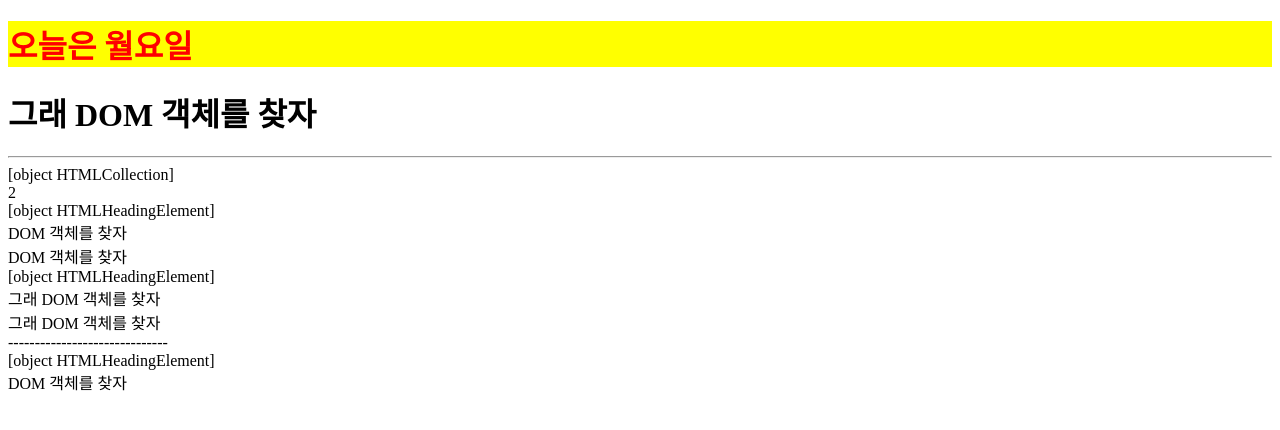
Repository: jhsnex123/web_study
Page: edu/src/main/webapp/jsexam/domexam/exam6_1.html
An editor plug-in stored every save of this project. The page is shown before and after the next save, followed by the edit.
The browser window is 1280 px wide. The pictures show the whole page.

Above is the page before, as saved 2024-09-25 02:49:11.

### edu/src/main/webapp/jsexam/domexam/exam6_1.html
<!DOCTYPE html>
<html>
<head>
<meta charset="UTF-8">
<title>Insert title here</title>
<script src="../util.js"></script>
</head>
<body>
<h1 id="test">DOM 객체를 찾자</h1>
<h1>그래 DOM 객체를 찾자</h1>
<hr>
<script>
	let dom = document.getElementsByTagName("h1");
	writeNewLine(dom);
	writeNewLine(dom.length);
	writeNewLine(dom[0]);
	writeNewLine(dom[0].textContent); // innerText
	writeNewLine(dom[0].innerHTML);
	writeNewLine(dom[1]);
	writeNewLine(dom[1].textContent); // innerText
	writeNewLine(dom[1].innerHTML);
	writeNewLine("------------------------------");
	dom = document.getElementById("test");
	writeNewLine(dom);
	writeNewLine(dom.textContent);
	window.setTimeout(function() {
		dom.textContent = "오늘은 월요일";
		dom.style.color ="red";
		//dom.style.backgroundColor ="lime"; // background-color, font-weight -> fontWeight
		dom.style["background-color"] ="yellow";
	}, 5000);
</script>
</body>
</html>

### edu/src/main/webapp/jsexam/util.js
function write(content, tag) {
	document.write("<"+tag+">"+content+"</"+tag+">");
}
function hr() {
	document.write("<hr>");
}
function writeColor(content, tag, color) {
	document.write("<"+tag+" style='color:"+color+"'>"+
			  content+"</"+tag+">");
}
function writeNewLine(content) {
	document.write(content+"<br>");
}

After the next save:
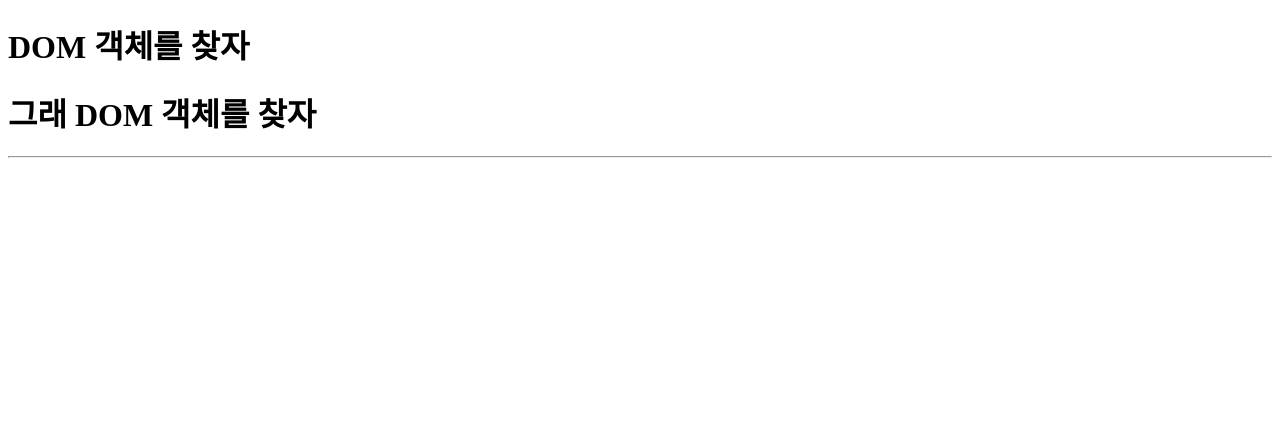
Console error: SyntaxError: Unexpected token '>'
Saved 8 min 5 s later.
--- a/edu/src/main/webapp/jsexam/domexam/exam6_1.html
+++ b/edu/src/main/webapp/jsexam/domexam/exam6_1.html
@@ -12,21 +12,21 @@
 <script>
 	let dom = document.getElementsByTagName("h1");
 	writeNewLine(dom);
-	writeNewLine(dom.length);
-	writeNewLine(dom[0]);
-	writeNewLine(dom[0].textContent); // innerText
-	writeNewLine(dom[0].innerHTML);
+	writeNewLine(dom.length);  //그냥 배열
+	writeNewLine(dom[0]);  //h1 정보
+	writeNewLine(dom[0].textContent); // innerText h1정보
+	writeNewLine(dom[0].innerHTML); // h1정보
 	writeNewLine(dom[1]);
-	writeNewLine(dom[1].textContent); // innerText
+	writeNewLine(dom[1].textContent); // innerText -> 애 안쓰고 textContent로 통일
 	writeNewLine(dom[1].innerHTML);
 	writeNewLine("------------------------------");
-	dom = document.getElementById("test");
+	dom = document.getElementById("test");          // getElementbyid 엘먼트 id 값을 찾는것 어떤 태그나 변수에 있는지 상관없음 id라는 값을 찾는거임 (ex .test)
 	writeNewLine(dom);
 	writeNewLine(dom.textContent);
-	window.setTimeout(function() {
-		dom.textContent = "오늘은 월요일";
+	window.setTimeout(function() {        // 간격없이 바로 호출 settimeout
+		dom.textContent = "오늘은 월요일";         // dom 객체 형성할때 형태가 dom. ,,,   이런식으로 만들어줘야함
 		dom.style.color ="red";
-		//dom.style.backgroundColor ="lime"; // background-color, font-weight -> fontWeight
+		dom.style.backgroundColor ="lime"; background-color, font-weight -> fontWeight
 		dom.style["background-color"] ="yellow";
 	}, 5000);
 </script>

After the save that followed:
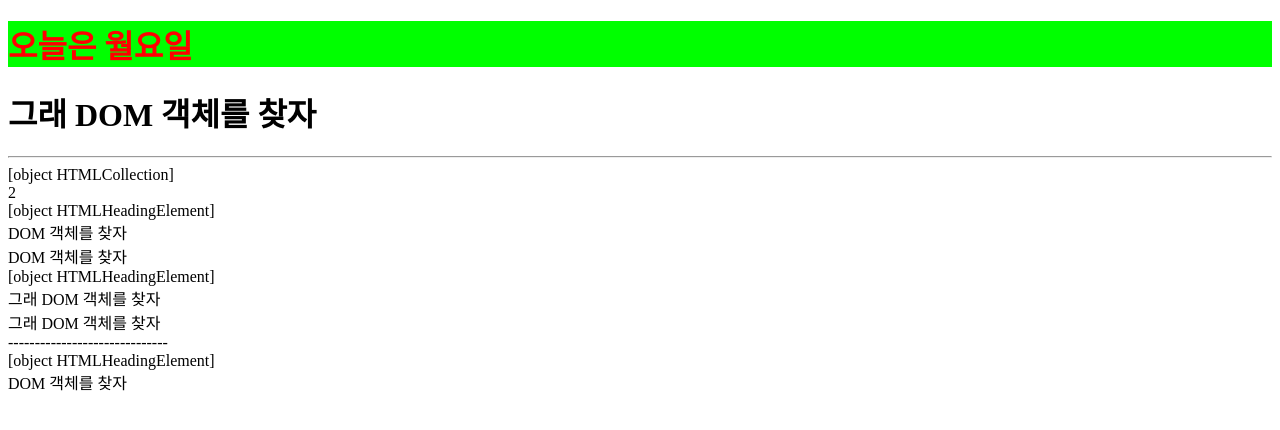
The error is gone.
Saved 107 s later.
--- a/edu/src/main/webapp/jsexam/domexam/exam6_1.html
+++ b/edu/src/main/webapp/jsexam/domexam/exam6_1.html
@@ -26,8 +26,8 @@
 	window.setTimeout(function() {        // 간격없이 바로 호출 settimeout
 		dom.textContent = "오늘은 월요일";         // dom 객체 형성할때 형태가 dom. ,,,   이런식으로 만들어줘야함
 		dom.style.color ="red";
-		dom.style.backgroundColor ="lime"; background-color, font-weight -> fontWeight
-		dom.style["background-color"] ="yellow";
+		dom.style.backgroundColor ="lime"; // background-color, font-weight -> fontWeight
+		//dom.style["background-color"] ="yellow";
 	}, 5000);
 </script>
 </body>
